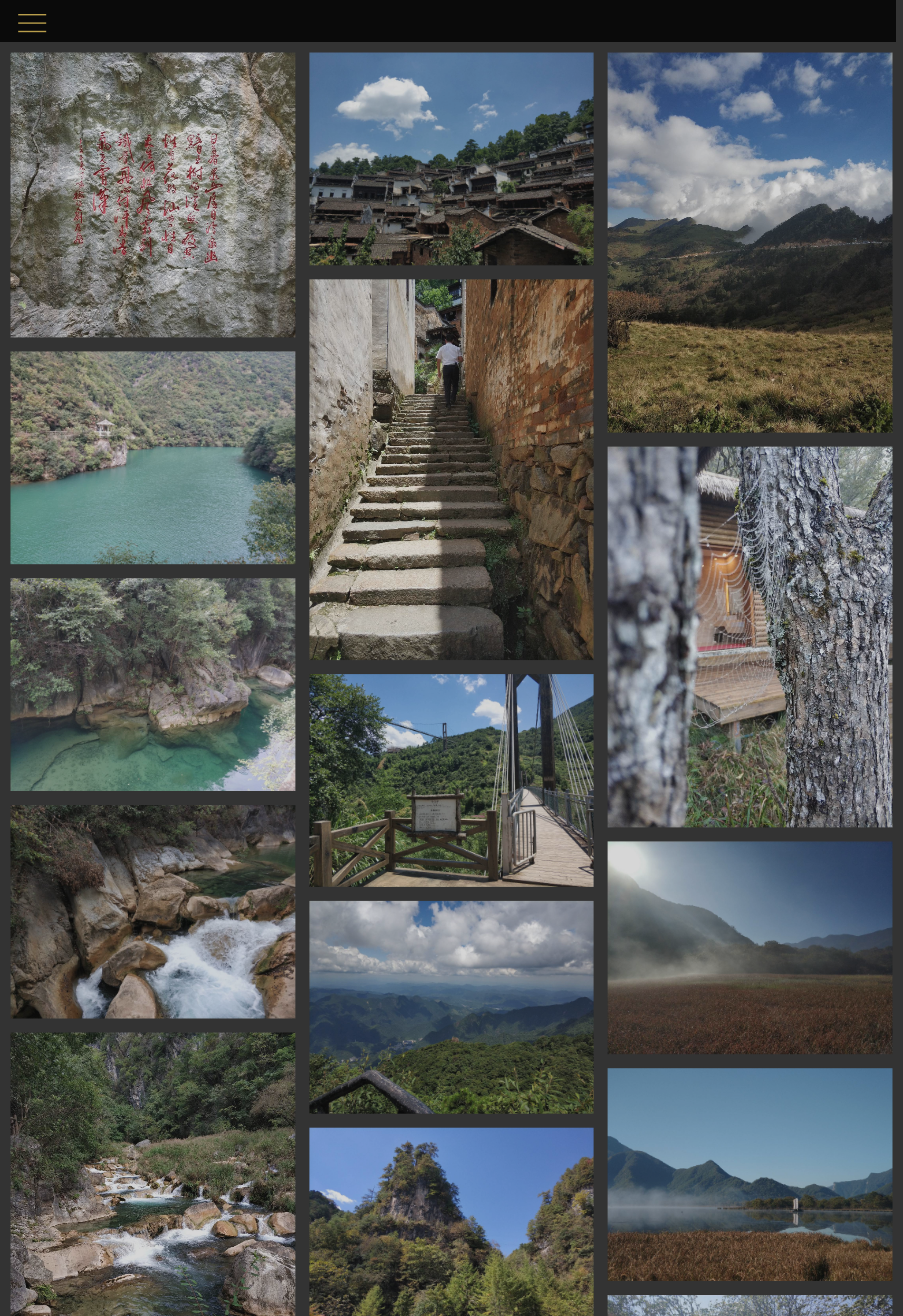
Repository: ustc-hzy/ziYang
Page: album.html
An editor plug-in stored every save of this project. The page is shown before and after the next save, followed by the edit.
The browser window is 1280 px wide. The page is 1290 px wide, so the pictures cover 1290 px, including what lies to the right of the window. The pictures show the part of the page from y = 0 to 1880 px (the page is 2733 px tall before and 2723 px after), at 70% of full size.

Above is the page before, as saved 2020-06-18 22:18:10.

### album.html
<!DOCTYPE html>
<html lang="en">
<head>
    <meta charset="UTF-8">
    <meta name="viewport" content="width=device-width, initial-scale=1.0">
    <link rel="stylesheet" href="css/style.css" type="text/css">
    <link rel="stylesheet" href="css/album.css" type="text/css">
    <title>旅行相册</title>
</head>
<body>
    <header>
        <!-- 主体内容 -->
        <div class="inner">
            <!-- 用于控制菜单栏开关 -->
            <input type="checkbox" id="ham">
            <!-- 菜单栏icon -->
            <label for="ham">
                <div class="hamburger-container">
                    <span></span>
                    <span></span>
                    <span></span>
                </div>
            </label>
            <!-- 菜单栏各项 -->
            <nav>
                <ul>
                    <li><a href="index.html">网站首页</a></li>
                    <li><a href="resume.html">个人简历</a></li>
                    <li><a href="album.html">旅行相册</a></li>
                    <li><a href="asset.html">PS作品集</a></li>
                    <li><a href="episode.html">剧集收藏</a></li>
                </ul>
            </nav>
            <!-- 打开菜单栏的遮罩 -->
            <div class="mask"></div>
        </div>
        <div class="content-container">
            <div class="item">
                <img src="img/wuyuan/1.jpg" >
                <div class="mask"></div>
            </div>
            <div class="item">
                <img src="img/wuyuan/2.jpg" >
                <div class="mask"></div>
            </div>
            <div class="item">
                <img src="img/wuyuan/3.jpg" >
                <div class="mask"></div>
            </div>
            <div class="item">
                <img src="img/wuyuan/4.jpg" >
                <div class="mask"></div>
            </div>
            <div class="item">
                <img src="img/wuyuan/5.jpg" >
                <div class="mask"></div>
            </div>
            <div class="item">
                <img src="img/wuyuan/6.jpg" >
                <div class="mask"></div>
            </div>
            <div class="item">
                <img src="img/shangrao/1.jpg" >
                <div class="mask"></div>
            </div>
            <div class="item">
                <img src="img/shangrao/2.jpg" >
                <div class="mask"></div>
            </div>
            <div class="item">
                <img src="img/shangrao/3.jpg" >
                <div class="mask"></div>
            </div>
            <div class="item">
                <img src="img/shangrao/4.jpg" >
                <div class="mask"></div>
            </div>
            <div class="item">
                <img src="img/shennongjia/1.jpg" >
                <div class="mask"></div>
            </div>
            <div class="item">
                <img src="img/shennongjia/2.jpg" >
                <div class="mask"></div>
            </div>
            <div class="item">
                <img src="img/shennongjia/3.jpg" >
                <div class="mask"></div>
            </div>
            <div class="item">
                <img src="img/shennongjia/4.jpg" >
                <div class="mask"></div>
            </div>
            <div class="item">
                <img src="img/shennongjia/5.jpg" >
                <div class="mask"></div>
            </div>
            <div class="item">
                <img src="img/shennongjia/6.jpg" >
                <div class="mask"></div>
            </div>
            <div class="item">
                <img src="img/shennongjia/7.jpg" >
                <div class="mask"></div>
            </div>
            <div class="item">
                <img src="img/shennongjia/8.jpg" >
                <div class="mask"></div>
            </div>
        </div>
    </header>
</body>
</html>

### css/style.css
/* 导航栏背景 */
header{
    height: 60px;
    background-color: #000000;
    opacity: 0.8;
}
/* 导航栏内部 */
.inner{
    width: 96%;
    margin: auto;
}
/* 用于开关的checkbox */
#ham{
    display: none;
}
/* 当chexkbox选中时，改变第一条线 */
#ham:checked + label .hamburger-container span:nth-child(1){
    transform: rotate(45deg);
    top: 11px;
    transition: transform .3s ease-in-out, top .3s ease-in-out 3s;
}
/* 当chexkbox选中时，第二条线消失 */
#ham:checked + label .hamburger-container span:nth-child(2){
    opacity: 0;
}
/* 当chexkbox选中时，改变第三条线 */
#ham:checked + label .hamburger-container span:nth-child(3){
    transform: rotate(-45deg);
    top: -11px;
    transition: transform .3s ease-in-out, top .3s ease-in-out 3s;
}
/* 导航栏icon的第二天横线 */
.hamburger-container span:nth-child(2){
    margin-top: 10px;
    transition: opacity .1s ease-in-out .1s;
}
/* 导航栏icon的第三天横线 */
.hamburger-container span:nth-child(3){
    margin-top: 10px;
}
/* 导航栏icon */
.hamburger-container{
    display: block;
    width: 40px;
    height: 40px;
    position: relative;
    top: 20px;
    z-index: 100;
}
/* 导航栏icon的横线 */
.hamburger-container span{
    display: block;
    height: 2px;
    background-color: #dbba53;
    position: relative;
    transition: transform .3s ease-in-out, top .3s ease-in-out .3s;
}
/* 菜单栏子项总的效果 */
nav{
    position: absolute;
    z-index: 100;
    color: #fff;
    top: 50px;
    transform: scaleY(0); /* 垂直方向缩小到0，即关闭 */
    transition: all .3s ease-in-out;
    transform-origin: 50% 0; /* 将中心点移到顶部 */
    opacity: 0; /* 渐入渐出效果 */
}
/* 当chexkbox选中时，展示nav */
#ham:checked ~ nav{
    transform: scaleY(1); /* 垂直方向扩大到1，即打开 */
    opacity: 1;
    transition: all .3s ease-in-out;
}
/* 导航栏的遮罩 */
.mask {
    width: 100vw;
    height: 100vh;
    position: fixed;
    top: 0;
    left: 0;
    background: #000000;
    opacity: 0;
    z-index: 10; /* 防止遮住要显示的部分 */
    transform: scaleY(0);
    transform-origin: 50% 0;
    transition: all .3s ease-in-out;
}
/* 当chexkbox选中时，打开遮罩 */
#ham:checked ~ .mask{
    opacity: 0.9;
    transform: scaleY(1);
    transition: all .3s ease-in-out;
}
nav ul{
    position: relative;
    right: 40px;
    margin-top: 2em;
    list-style-type:none;
    font-size: 35px;
}
nav ul li{
    margin-top: 1em;
}
nav ul li:hover{
    transform: scale(1.2, 1.2); /* transform从元素中心开始变化，不会影响到其他元素 */
}
nav ul li a:hover{
    color: #dbba53;
}
/* 导航栏菜单项 */
nav a{
    text-decoration: none;
    color: #ffffff;
}
/* 居中姓名框 */
.name-container{
    position: absolute;
    top: 50%;
    left: 50%;
    transform: translate(-50%,-50%);
    z-index: 1;
    background-color: rgba(0,0,0,0.3); /* 此处使用opacity会让文字也变透明 */
    box-shadow: 0 5px 20px rgba(26,26,26,0.5);
}
/* 居中姓名 */
.mid-name{
    color: #fff;
    font-size: 50px;
    border: 8px solid #fff;
    padding: 40px;
    text-align: center;
}
/* 居中学号 */
.mid-name .id{
    margin-top: 10px;
    font-size: 40px;
}

### css/album.css
/* 背景图片 */
body {
    height: 100vh;
    width: 100vw;
    margin: 0 auto;
    padding: 0 0 ;
    background-color: #333333;
    /* background-image: url(../img/user_bg.jpg);
    background-repeat: no-repeat;
    background-size: cover;  */
    overflow: auto;
}
/* 主题内容框 */
.content-container{
    width: 100vw;
    column-count: 3;
    column-gap: 0;
    position: relative;
    top: 20px;
    padding: 5px;
}
.item{
    padding: 10px;
}
.item img{
    display: block;
    width: 100%;
    height: auto;
    z-index: 1;
}
.item img:hover{
    transform: scale(1.05, 1.05);
}
.mask {
    width: 100%;
    height: 100%;
    background: #000000;
    opacity: 1;
    z-index: 10; /* 防止遮住要显示的部分 */
}

After the next save:
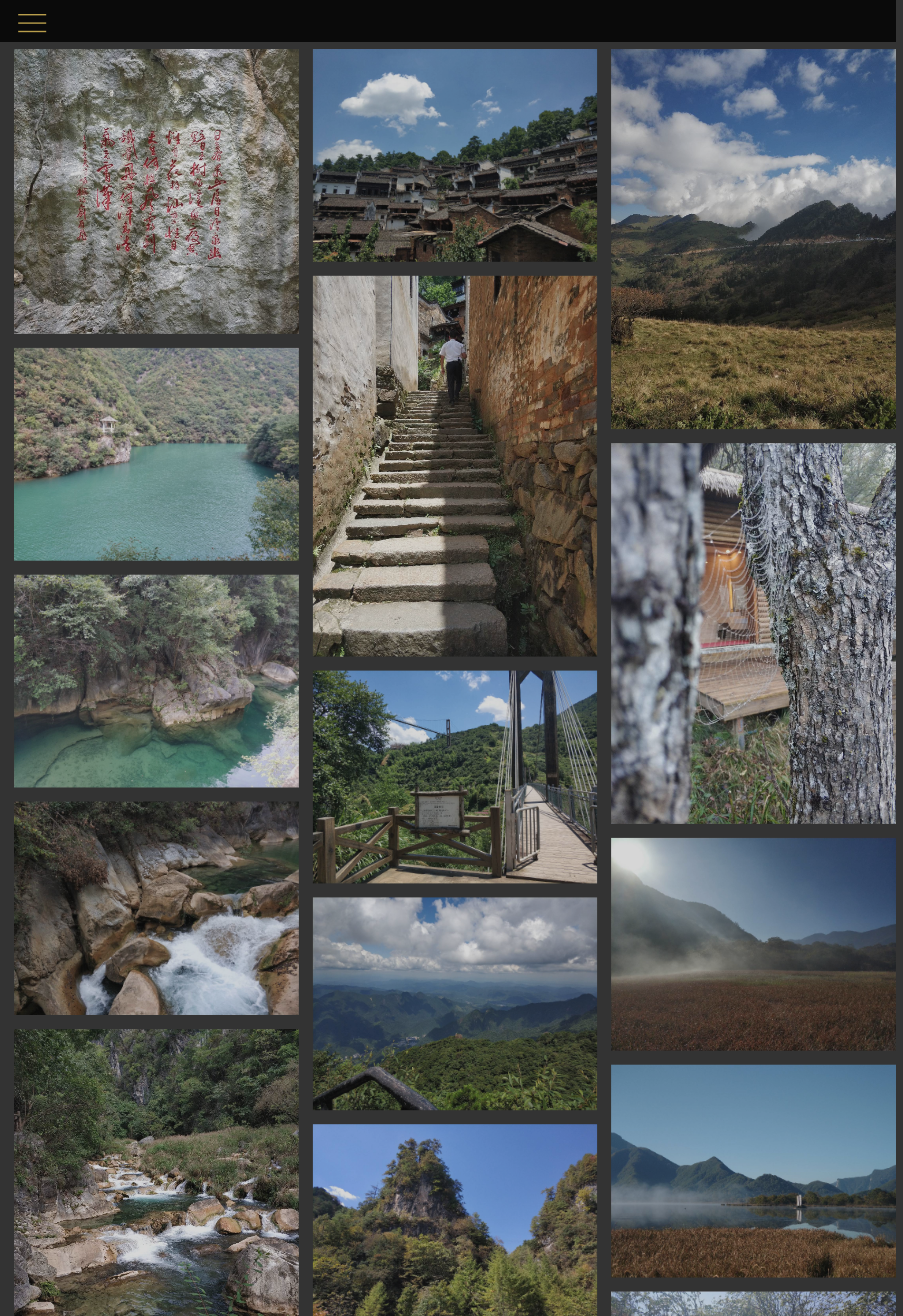
Saved 22 s later.
--- a/css/album.css
+++ b/css/album.css
@@ -17,7 +17,7 @@ body {
     column-gap: 0;
     position: relative;
     top: 20px;
-    padding: 5px;
+    margin: 0 10px;
 }
 .item{
     padding: 10px;
